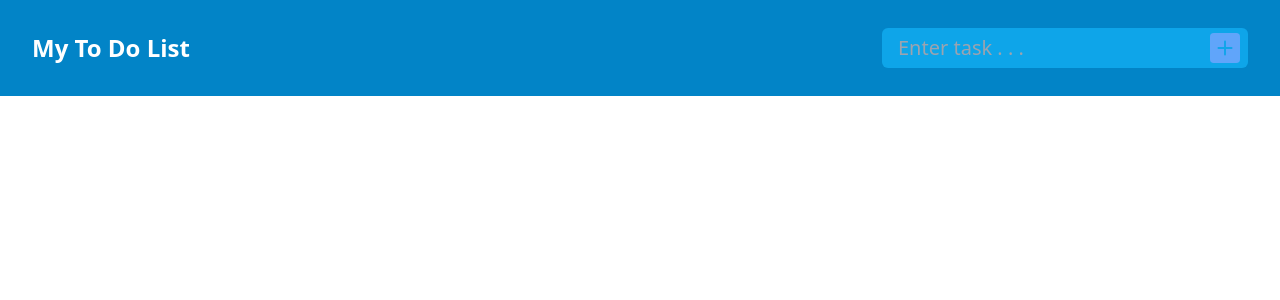
Repository: SaadYasin/react-to-do-list
Page: /
An editor plug-in stored every save of this project. The page is shown before and after the next save, followed by the edit.
The browser window is 1280 px wide. The pictures show the whole page.
The project was rebuilt for these pictures with package versions that can differ from the ones it lists, and the page was loaded fresh each time. Also part of the build but not shown: src/App.css.

Above is the page before, as saved 2022-11-09 20:24:56.

### public/index.html
<!DOCTYPE html>
<html lang="en">
  <head>
    <meta charset="utf-8" />
    <link rel="icon" href="%PUBLIC_URL%/favicon.ico" />
    <meta name="viewport" content="width=device-width, initial-scale=1" />
    <meta name="theme-color" content="#000000" />
    <meta
      name="description"
      content="Web site created using create-react-app"
    />
    <link rel="apple-touch-icon" href="%PUBLIC_URL%/logo192.png" />

    <link rel="manifest" href="%PUBLIC_URL%/manifest.json" />

    <title>React | To Do List</title>
  </head>
  <body>
    <noscript>You need to enable JavaScript to run this app.</noscript>
    <div id="root"></div>

  </body>
</html>

### src/App.js
import Header from './components/Header';
import './App.css';

function App() {
  return (
    <div>
      <Header />
    </div>
  );
}

export default App;

### src/components/Header.js
import React from 'react'
import Input from './Input'

const Header = () => {
  return (
    <div className="flex flex-col items-center md:flex-row md:justify-between h-24 bg-sky-600 px-8">
      <h1 className="text-2xl font-bold text-white my-2">My To Do List</h1>
      <Input />
    </div>
  );
}

export default Header

### src/components/Input.js
import React from "react";
import { BsFillPlusSquareFill } from "react-icons/bs";

const Input = () => {
  return (
    <div>
      <form className="flex h-10 bg-sky-500 rounded-md">
        <input
          type="text"
          placeholder="Enter task . . ."
          className="text-xl bg-transparent text-white px-4 w-80 outline-none"
        />
        <button className="text-3xl text-blue-400 px-2" type="submit">
          <BsFillPlusSquareFill />
        </button>
      </form>
    </div>
  );
};

export default Input;

Loaded but not shown: src/index.js (common file); src/index.css (common file); tailwind.config.js (common file)

After the next save:
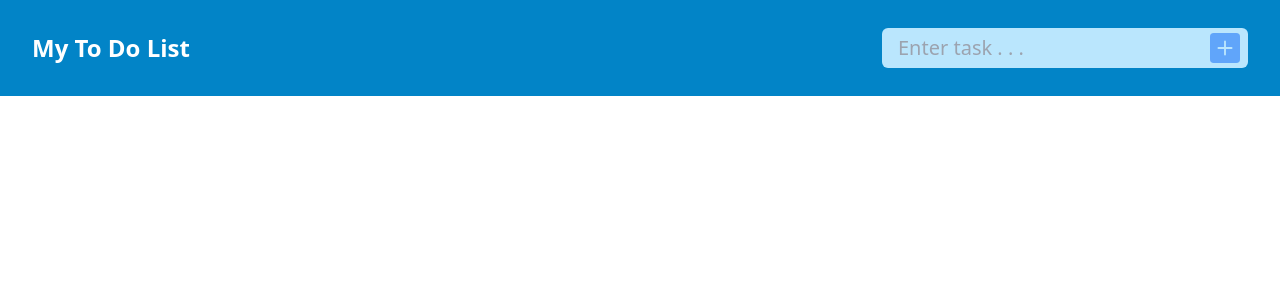
Saved 6 s later.
--- a/src/components/Input.js
+++ b/src/components/Input.js
@@ -4,7 +4,7 @@
 const Input = () => {
   return (
     <div>
-      <form className="flex h-10 bg-sky-500 rounded-md">
+      <form className="flex h-10 bg-sky-200 rounded-md">
         <input
           type="text"
           placeholder="Enter task . . ."
